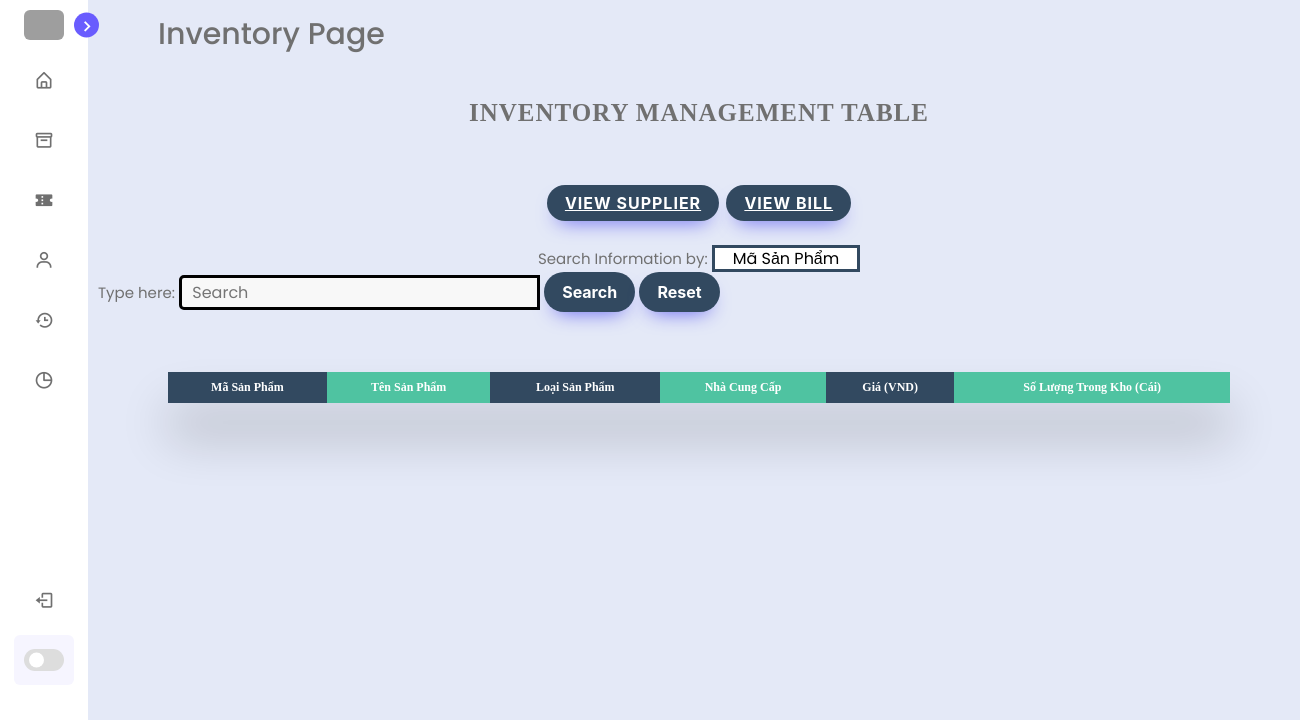
Repository: JeffDaveHudson/CapstoneProject
Page: http://localhost/CapstoneProject/inventory
The author's editor kept a copy of each file at every save. The page is drawn from the files as they stood at one save, then again after the next save.
The browser window is 1280 px wide. The page is 1300 px wide, so the pictures cover 1300 px, including what lies to the right of the window. The pictures show the whole page.
Pictures or frames that could not be fetched are drawn as grey boxes. The page is served by Tomcat 9.

Above is the page before, as saved 2023-05-21 12:34:51.

After the next save:
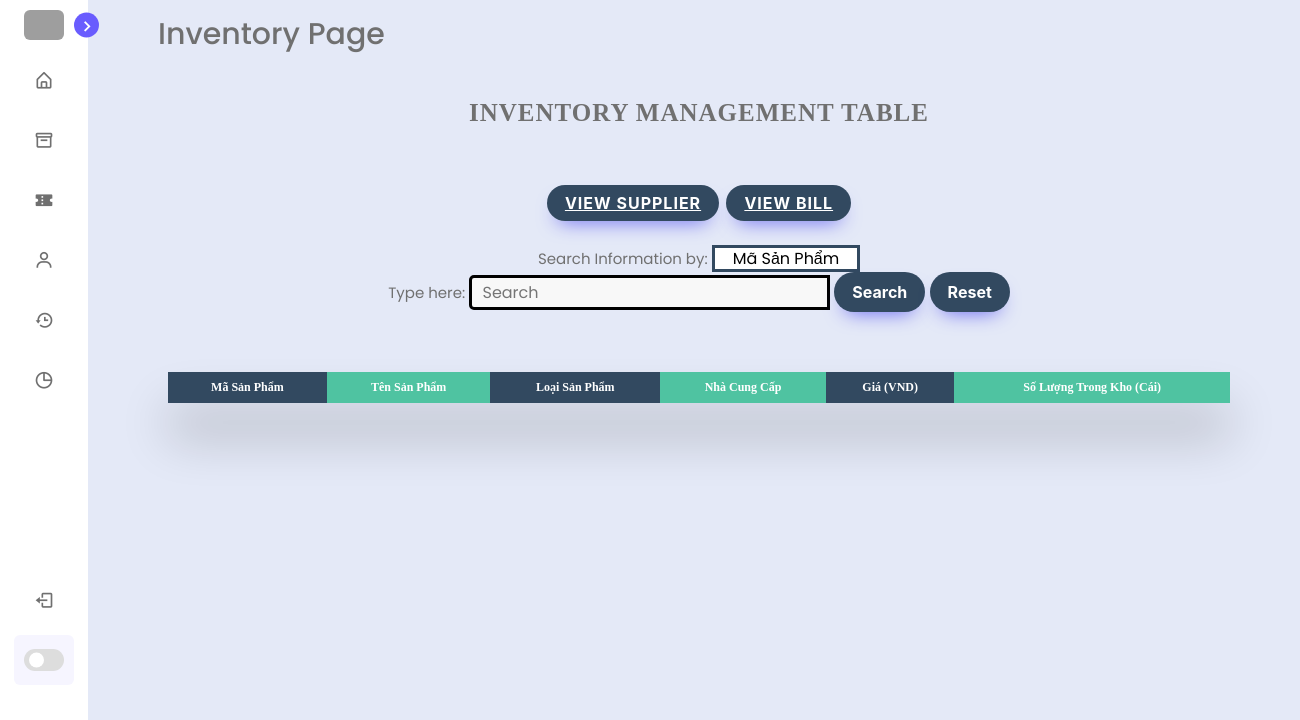
Saved 25 s later.
--- a/CapstoneProject/src/main/webapp/admin/Inventory.jsp
+++ b/CapstoneProject/src/main/webapp/admin/Inventory.jsp
@@ -13,6 +13,12 @@
  <link href='https://unpkg.com/boxicons@2.1.4/css/boxicons.min.css' rel='stylesheet'>
 
 <script src="https://code.jquery.com/jquery-3.6.4.min.js"></script>
+<style type="text/css">
+#form2{
+	text-align: center;
+}
+
+</style>
 </head>
 <body>
 <jsp:include page="navbar.jsp" />
